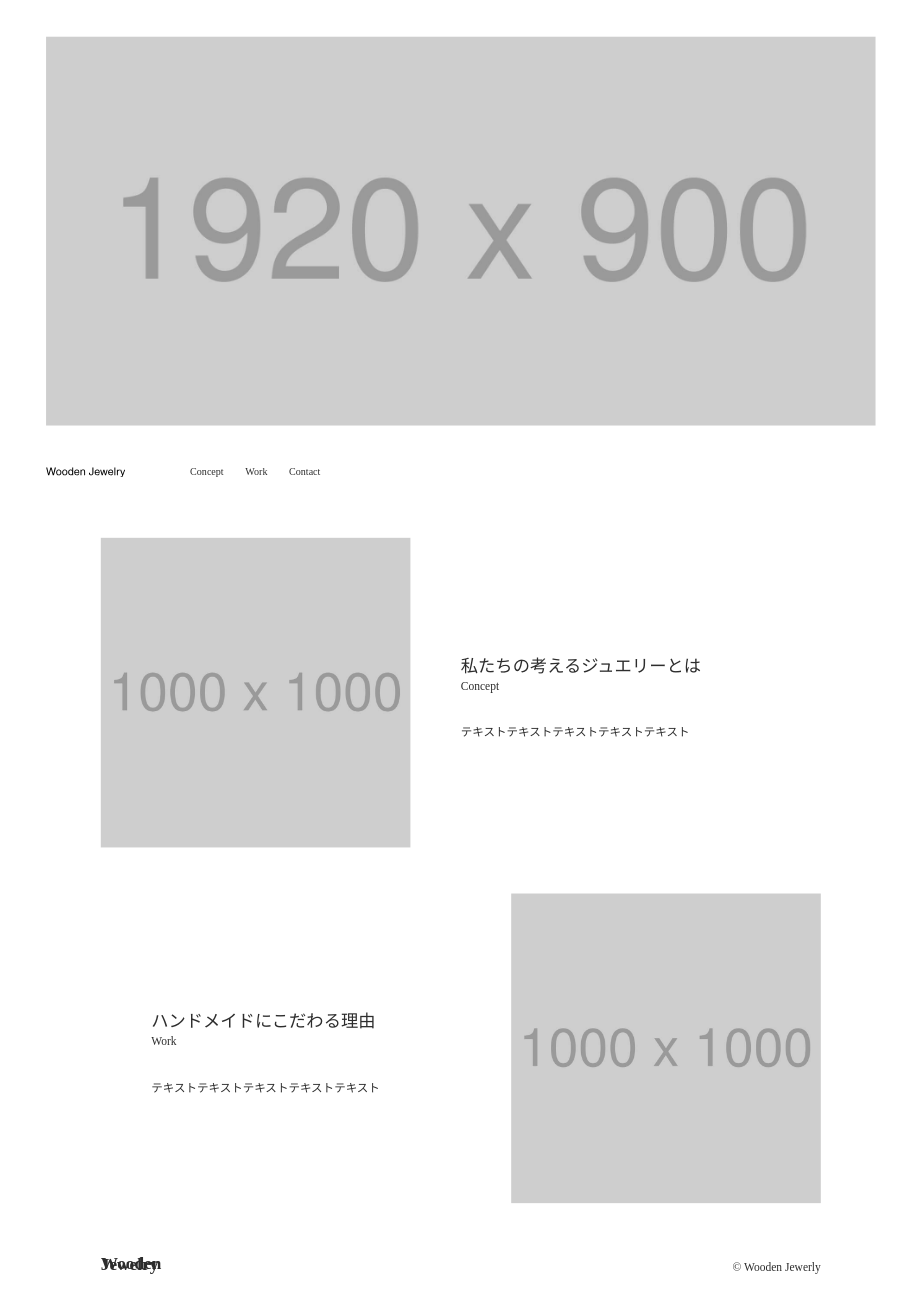
Repository: Fuki-san/jewelry
Page: http://localhost/jewelry
These files come from the project's save history. The page is drawn as it stood at one moment and after a run of saves; the edit follows.
The browser window is 1280 px wide. The pictures show the whole page, at 72% of full size.
The page is served by the project's Laravel application, run on PHP 8.4 with Laravel 10. Other server files are loaded and not shown.

Above is the page before, as saved 2023-11-26 15:03:23.

### routes/web.php
<?php

use Illuminate\Support\Facades\Route;

/*
|--------------------------------------------------------------------------
| Web Routes
|--------------------------------------------------------------------------
|
| Here is where you can register web routes for your application. These
| routes are loaded by the RouteServiceProvider and all of them will
| be assigned to the "web" middleware group. Make something great!
|
*/

Route::get('/', function () {
    return view('welcome');
});

Route::get('jewelry', function () {
    return view('jewelry');
});

### resources/views/jewelry.blade.php
@extends('layouts.main')

@section('title', 'jewelry')

@section('content')
    <div id="mainvisual">
        <img src="img/mainvisual.jpg">
    </div>
    <header id="header">
        <h1 class="site-title"><a href="#"><img src="img/logo.svg"></a></h1>
        <nav>
            <ul>
                <li><a href="#concept">Concept</a></li>
                <li><a href="#work">Work</a></li>
                <li><a href="mailto:xxx@xxx.xxx?subject=お問い合わせ">Contact</a></li>
            </ul>
        </nav>
    </header>

    <div class="container">
        <main>
            <section id="concept" class="content">
                <div class="img">
                    <img src="img/concept.jpg">
                </div>
                <div class="text">
                    <h2 class="section-title">私たちの考えるジュエリーとは</h2>
                    <span class="section-title-en">Concept</span>
                    <p>テキストテキストテキストテキストテキスト</p>
                </div>
            </section>

            <section id="work" class="content">
                <div class="text">
                    <h2 class="section-title">ハンドメイドにこだわる理由</h2>
                    <span class="section-title-en">Work</span>
                    <p>テキストテキストテキストテキストテキスト</p>
                </div>
                <div class="img">
                    <img src="img/work.jpg">
                </div>
            </section>
        </main>

        <footer id="footer">
            <h2 class="site-title">Wooden Jewelry</h2>
            <p class="copyright">&copy; Wooden Jewerly</p>
        </footer>
    </div>

@endsection

### resources/views/layouts/main.blade.php
<!DOCTYPE html>
<html lang="ja">
<head>
    <meta charset="UTF-8">
    <meta name="viewport" content="width=device-width, initial-scale=1.0">
    <meta http-equiv="X-UA-Compatible" content="ie=edge">
    <link rel="stylesheet" href="{{ asset('css/reset.css') }}">
    <link rel="stylesheet" href="{{ asset('css/style.css') }}">
    <link rel="icon" href="img/favicon.ico">
    <title>@yield('title')</title>
</head>
<body>
    @yield('content')
</body>
</html>

### public/css/style.css
@charset "utf-8";

html{
    font-size: 100%;
}
body{
    font-family: 'Crimson Text', serif;
    color: #2d2d2d;
}
ul{
    list-style: none;
}
a{
    text-decoration: none;
    color:#2d2d2d;
}

img{
    max-width: 100%;
    /* img親のdivのコンテンツラインと子のimgコンテンツラインの下端だけ少し隙間がある。
    その理由は、画像の横にテキストが入力された場合にデフォルトで定まっているvertical-align baseline
    が適応され、英文字のbaseline的に多少の文字の一部が下に出てしまうからであり、今回は文字もかかず、
    子imgと親divの下端の隙間はいらないため、vertical-align bottomで隙間を除去する。
    baselineとbottomの差は微小なので分かりずらいが、例えばgのbaselineはgフォントの下のクルンって
    なっているところの途中で baselineがくるが、bottomならほんとに一番下のクルンのところでくる
    隙間があるかどうかは親divのbackgroundcolorを設定すると分かりやすい */
    vertical-align: buttom;
}

.container{
    margin: 0 auto;
    max-width: 1000px;
    padding: 0 18px;
}

.site-title{
    width: 110px;
    line-height: 1px;
    margin-right: 50px;
}
.site-title a{
    display: block;
}
.section-title{
    font-size: 1.5rem;
    font-weight: normal;
    margin-bottom: 4px;
}

.section-title-en{
    display: inline-block;
    /* スパンタグでもmarginbottom使えるようにするため */
    margin-bottom: 25px;
}

#mainvisual{
    margin: 4% auto 0 auto;
    width: 90vw;
}

#header{
    width: 90vw;
    display: flex;
    align-items: center;
    padding: 32px 0;
    margin: 0 auto 30px auto;
}

#header ul{
    display: flex;
}
#header li{
    margin-right: 30px;
    font-size: 0.875rem;
}
#header li:last-child{
    margin-right: 0;
}
.content{
    display: flex;
    align-items: center;
    margin-bottom: 60px;
}
.content .img{
    width: 50%;
}
.content .text{
    width: 50%;
    padding: 0 7%;
}

#footer {
    display: flex;
    justify-content: space-between;

}

### public/img/logo.svg
<?xml version="1.0" encoding="utf-8"?>
<!-- Generator: Adobe Illustrator 15.1.0, SVG Export Plug-In . SVG Version: 6.00 Build 0)  -->
<!DOCTYPE svg PUBLIC "-//W3C//DTD SVG 1.1//EN" "http://www.w3.org/Graphics/SVG/1.1/DTD/svg11.dtd">
<svg version="1.1" id="レイヤー_1" xmlns="http://www.w3.org/2000/svg" xmlns:xlink="http://www.w3.org/1999/xlink" x="0px"
	 y="0px" width="1000px" height="140px" viewBox="0 0 1000 140" enable-background="new 0 0 1000 140" xml:space="preserve">
<g>
	<path d="M39.405,111.195H25.498L0,13.294h14.317l18.271,79.63h0.273l21.952-79.63h14.454l21.953,79.63h0.273l18.271-79.63h14.59
		l-25.771,97.901H84.674l-22.362-81.13H62.04L39.405,111.195z"/>
	<path d="M160.348,37.837c22.771,0,33.133,19.226,33.133,37.634c0,18.407-10.362,37.633-33.133,37.633
		c-22.771,0-33.134-19.226-33.134-37.633C127.214,57.063,137.577,37.837,160.348,37.837z M160.348,102.741
		c17.18,0,20.726-17.726,20.726-27.27c0-9.545-3.545-27.271-20.726-27.271c-17.181,0-20.725,17.726-20.725,27.271
		C139.623,85.015,143.167,102.741,160.348,102.741z"/>
	<path d="M236.16,37.837c22.771,0,33.133,19.226,33.133,37.634c0,18.407-10.362,37.633-33.133,37.633
		c-22.771,0-33.134-19.226-33.134-37.633C203.026,57.063,213.389,37.837,236.16,37.837z M236.16,102.741
		c17.18,0,20.726-17.726,20.726-27.27c0-9.545-3.545-27.271-20.726-27.271c-17.181,0-20.725,17.726-20.725,27.271
		C215.435,85.015,218.979,102.741,236.16,102.741z"/>
	<path d="M342.105,111.195h-11.318v-9.817h-0.272c-5.182,9.681-13.362,11.863-20.316,11.863c-24.271,0-31.361-22.771-31.361-39.815
		c0-20.044,10.772-35.588,29.724-35.588c12.954,0,18.408,8.045,21.271,12.136l0.273-0.955V13.294h12V111.195z M310.471,102.877
		c7.637,0,19.499-5.044,19.499-23.998c0-11.59-1.909-30.271-19.226-30.271c-18.544,0-19.499,17.59-19.499,26.725
		C291.245,91.015,297.381,102.877,310.471,102.877z"/>
	<path d="M419.28,88.833c-0.408,3.409-3.681,13.499-12.681,19.499c-3.272,2.181-7.908,4.909-19.362,4.909
		c-20.043,0-31.907-15.135-31.907-35.725c0-22.089,10.636-39.679,34.225-39.679c20.589,0,30.679,16.363,30.679,41.588h-52.086
		c0,14.862,6.954,23.452,20.726,23.452c11.317,0,17.998-8.727,18.408-14.044H419.28z M407.827,69.88
		c-0.682-11.044-5.317-21.271-19.907-21.271c-11.045,0-19.771,10.227-19.771,21.271H407.827z"/>
	<path d="M492.638,111.195h-11.999V67.29c0-12.408-3.545-18.681-15.271-18.681c-6.817,0-18.817,4.363-18.817,23.726v38.86h-11.998
		V39.882h11.317v10.09h0.273c2.59-3.818,9.271-12.136,21.543-12.136c11.044,0,24.952,4.5,24.952,24.816V111.195z"/>
	<path d="M554.132,79.697v6.818c0,11.726,5.591,15.953,14.727,15.953c12.271,0,15.68-7.363,15.68-16.908V13.294h13.227v71.449
		c0,22.907-14.999,29.043-28.225,29.043c-22.771,0-27.815-15.272-27.815-24.407v-9.681H554.132z"/>
	<path d="M676.985,88.833c-0.409,3.409-3.682,13.499-12.681,19.499c-3.272,2.181-7.908,4.909-19.362,4.909
		c-20.044,0-31.906-15.135-31.906-35.725c0-22.089,10.636-39.679,34.225-39.679c20.589,0,30.679,16.363,30.679,41.588h-52.086
		c0,14.862,6.954,23.452,20.726,23.452c11.317,0,17.998-8.727,18.407-14.044H676.985z M665.531,69.88
		c-0.681-11.044-5.316-21.271-19.906-21.271c-11.045,0-19.771,10.227-19.771,21.271H665.531z"/>
	<path d="M715.574,111.195h-12.407l-20.59-71.313h13.091l13.634,56.041h0.273l13.771-56.041h13.362l13.908,56.041h0.273
		l14.453-56.041h11.998l-20.725,71.313h-12.409l-14.453-55.223h-0.272L715.574,111.195z"/>
	<path d="M847.153,88.833c-0.409,3.409-3.682,13.499-12.681,19.499c-3.272,2.181-7.908,4.909-19.362,4.909
		c-20.044,0-31.906-15.135-31.906-35.725c0-22.089,10.635-39.679,34.225-39.679c20.589,0,30.679,16.363,30.679,41.588h-52.086
		c0,14.862,6.954,23.452,20.726,23.452c11.317,0,17.998-8.727,18.407-14.044H847.153z M835.699,69.88
		c-0.682-11.044-5.316-21.271-19.906-21.271c-11.045,0-19.771,10.227-19.771,21.271H835.699z"/>
	<path d="M874.695,111.195h-11.998V13.294h11.998V111.195z"/>
	<path d="M906.327,111.195h-11.999V39.882h11.318v11.863h0.271c4.772-8.318,11.045-13.909,20.045-13.909
		c1.499,0,2.181,0.137,3.135,0.409v12.408h-4.499c-11.182,0-18.271,8.727-18.271,19.09V111.195z"/>
	<path d="M986.774,39.882H1000c-8.317,23.316-16.499,46.633-25.634,69.949c-11.317,28.907-12.544,30.543-27.953,30.543
		c-1.772,0-3.135-0.545-5.044-1.091v-10.908c1.499,0.545,3.954,1.227,7.227,1.227c6.272,0,6.954-1.772,12.681-16.499l-26.453-73.221
		h13.636l18.953,58.086h0.273L986.774,39.882z"/>
</g>
</svg>

After the next 4 saves:
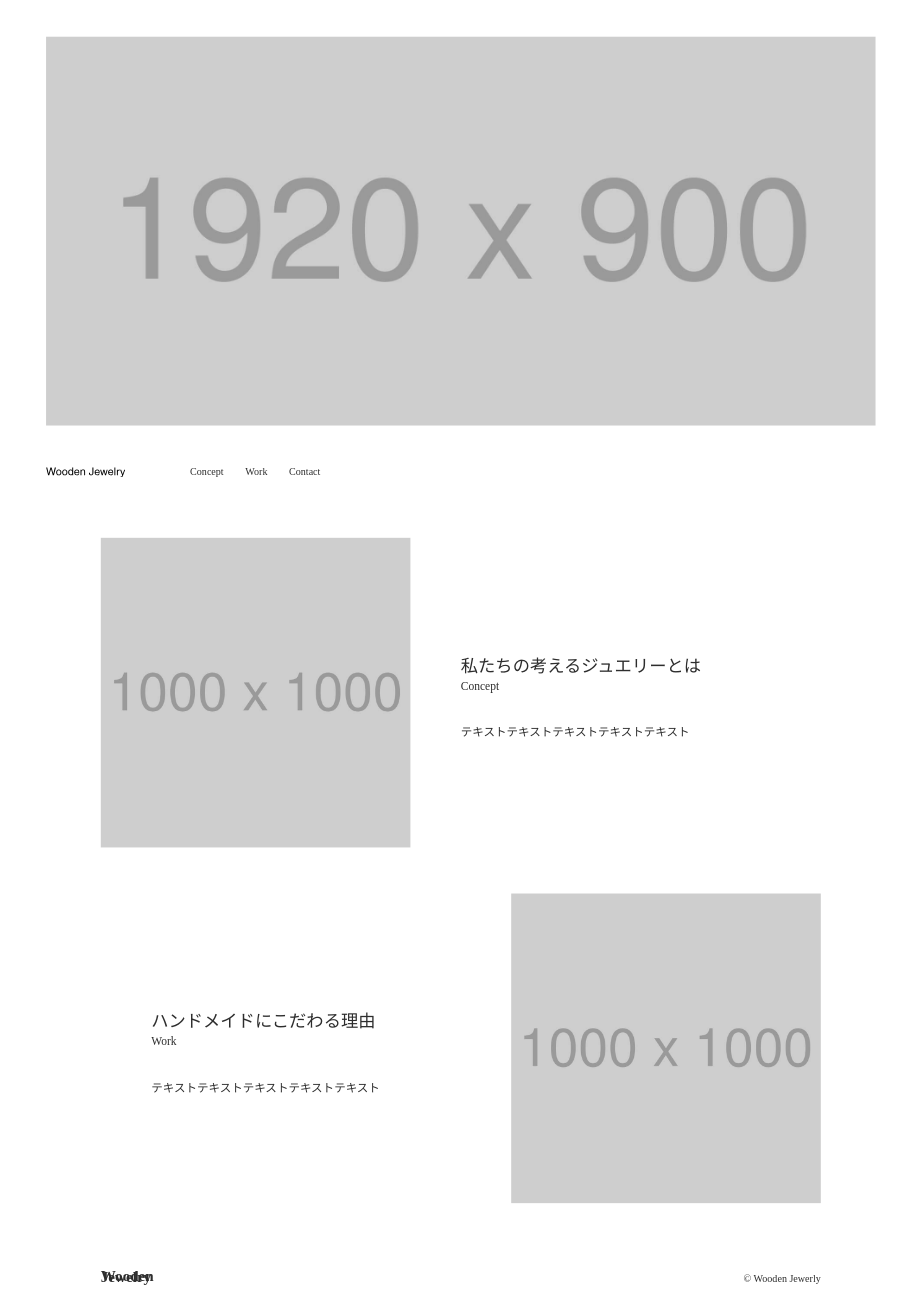
The 4 saves are shown as one change because they came seconds apart.
The last was saved 11 s later.
--- a/public/css/style.css
+++ b/public/css/style.css
@@ -92,5 +92,6 @@ img{
 #footer {
     display: flex;
     justify-content: space-between;
-
+    font-size: 0.875rem;
+    padding: 20px 0;
 }
